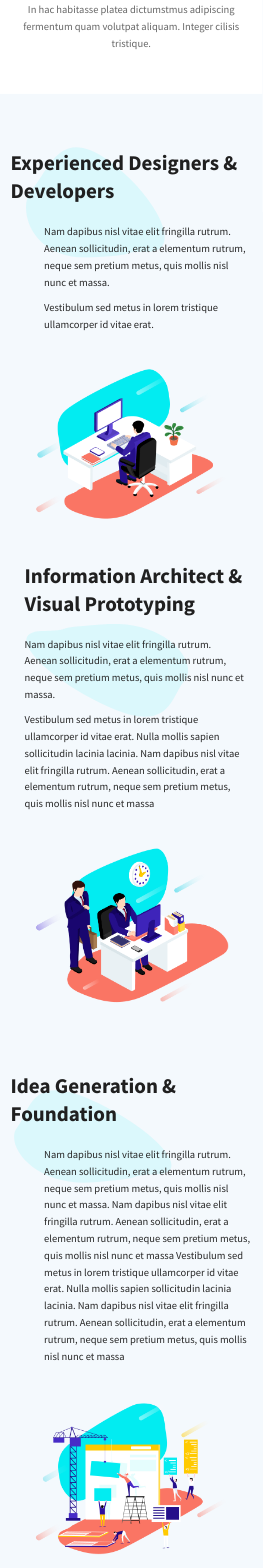
Repository: advert31337/marafon_from0to1_MartaUP
Page: index.html
An editor plug-in stored every save of this project. The page is shown before and after the next save, followed by the edit.
The browser window is 375 px wide. The pictures show the part of the page from y = 1513 to 3753 px (the page is 3753 px tall before and 3681 px after), at 70% of full size.

Above is the page before, as saved 2020-03-08 17:52:38.

After the next save:
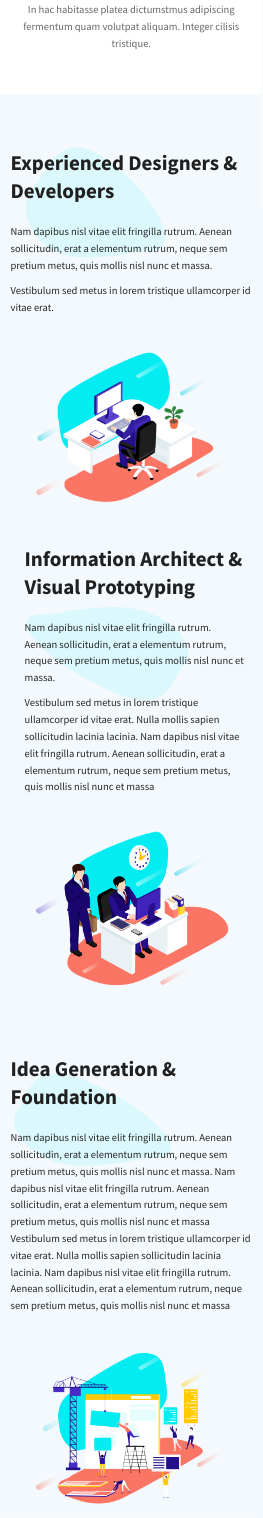
Saved 23 s later.
--- a/css/style.css
+++ b/css/style.css
@@ -544,6 +544,10 @@ a {
         padding: 68px 0 15px 0px;
     }
 
+    .advantages-box__text{
+        padding-left: 0;
+    }
+
 }
 
 @media (min-width: 570px){
